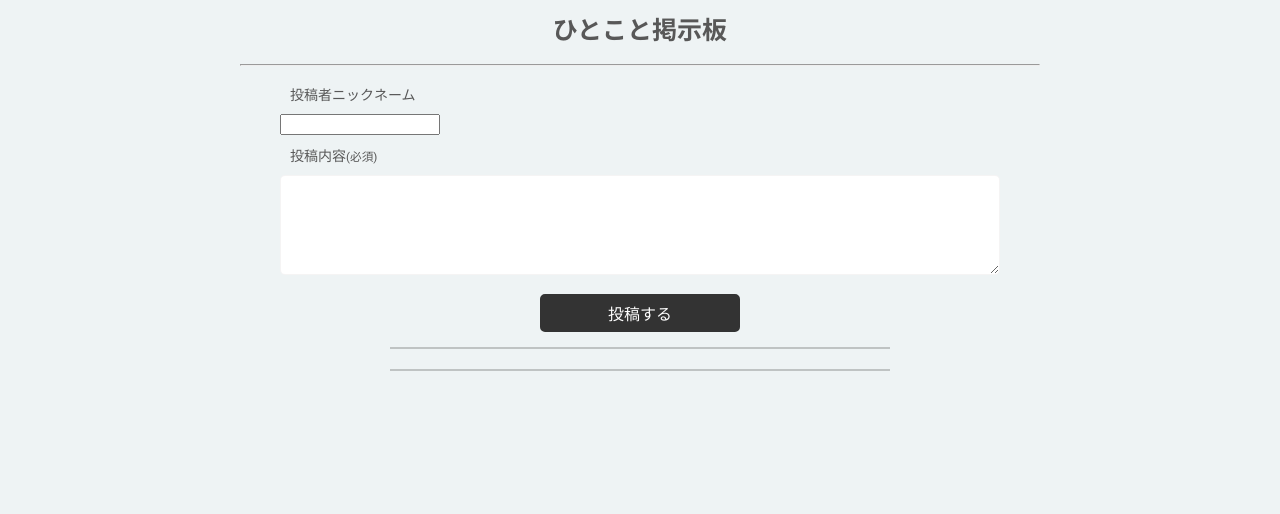
Repository: F-ksk/bulletin-board
Page: http://localhost/
An editor plug-in stored every save of this project. The page is shown before and after the next save, followed by the edit.
The browser window is 1280 px wide. The pictures show the whole page.
The page is run by PHP 8.4 with error messages shown; the project is at /var/www/html/.

Above is the page before, as saved 2023-07-11 20:54:46.

After the next save:
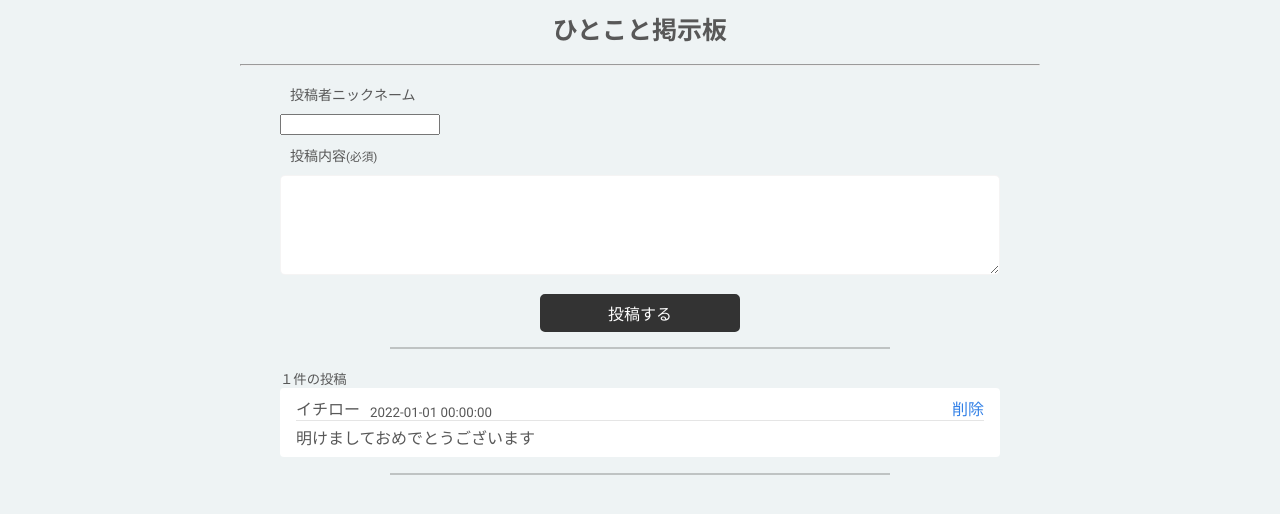
Saved 4 min 28 s later.
--- a/public/index.php
+++ b/public/index.php
@@ -30,6 +30,20 @@
     <hr class="page-divider" />
       <div class="message-list-cover">
         <!-- この中に投稿された内容のリストを表示 -->
+        <small>１件の投稿</small>
+        <div class="message-item">
+          <div class="message-title">
+            <div>イチロー</div>
+            <small>2022-01-01 00:00:00</small>
+            <div class="spacer"></div>
+            <form action="/" method="post" style="text-align:right">
+	            <input type="hidden" name="id" value="" />
+	            <input type="hidden" name="action_type" value="delete" />
+	            <button type="submit" class="message-delete-button">削除</button>
+	          </form>
+          </div>
+          <p class="message-line">明けましておめでとうございます</p>
+        </div>
       </div>
     <hr class="page-divider" />
   </div>
